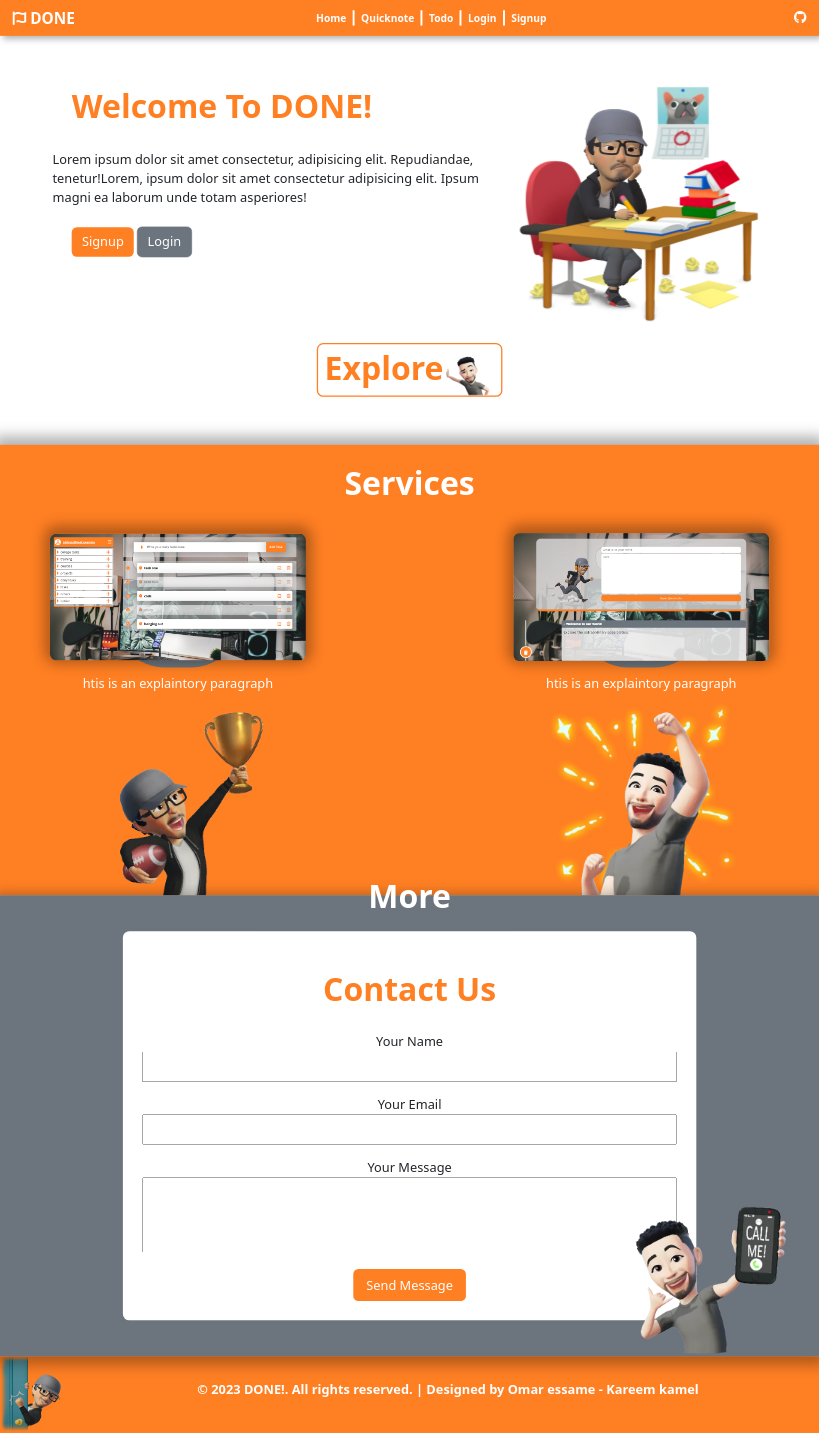
Repository: OmarEssameldinMousa/DONE
Page: index.html
An editor plug-in stored every save of this project. The page is shown before and after the next save, followed by the edit.
The browser window is 1280 px wide. The pictures show the whole page, at 64% of full size.
Some web fonts or font styles are not loaded; a fallback is used.

Above is the page before, as saved 2023-12-19 12:52:40.

### index.html
<!DOCTYPE html>
<html lang="en">

<head>
    <meta charset="UTF-8">
    <meta name="viewport" content="width=device-width, initial-scale=1.0">
    <title>Home</title>
    <!-- Main Template CSS File -->
    <link rel="stylesheet" href="CSS/styles.css">
    <!-- Render and Normalize the ELements -->
    <link rel="stylesheet" href="CSS/normalize.css">
    <!-- Font Awsome Library -->
    <link rel="stylesheet" href="CSS/all.min.css">
    <!-- google fonts -->
    <link rel="preconnect" href="https://fonts.googleapis.com">
    <link rel="preconnect" href="https://fonts.gstatic.com" crossorigin>
    <link
        href="https://fonts.googleapis.com/css2?family=Kablammo&family=Work+Sans:wght@200;300;400;500;600;800&display=swap"
        rel="stylesheet">
    <!-- including bootstrap library -->
    <link href="https://cdn.jsdelivr.net/npm/bootstrap@5.3.2/dist/css/bootstrap.min.css" rel="stylesheet"
        integrity="sha384-T3c6CoIi6uLrA9TneNEoa7RxnatzjcDSCmG1MXxSR1GAsXEV/Dwwykc2MPK8M2HN" crossorigin="anonymous">

</head>

<body>
    <header>
        <nav>
            <!-- Logo with Font Awesome Icon -->
            <div class="logo">
                <i class="fab fa-font-awesome-flag"></i> DONE
            </div>

            <!-- Left-side Navigation Links -->
            <ul class="navlist">
                <li><a href="index.html">Home</a></li>
                <li><a href="quicknote.html">Quicknote</a></li>
                <li><a href="mytasks.html">Todo</a></li>
                <li><a href="login.html">Login</a></li>
                <li><a href="signup.html">Signup</a></li>
            </ul>

            <!-- Right-side GitHub Icon -->
            <div class="github-icon">
                <a rel="" href="https://github.com/OmarEssameldinMousa/DONE.git" target="_blank">
                    <i class="fab fa-github" style="color: white;"></i>
                </a>
            </div>
        </nav>

        <div class="container heading">
            <div class="landing">

                <div class="landingtext">
                    <h1>Welcome To DONE!</h1>
                    <p>Lorem ipsum dolor sit amet consectetur, adipisicing elit. Repudiandae, tenetur!Lorem, ipsum dolor
                        sit amet consectetur adipisicing elit. Ipsum magni ea laborum unde
                        totam
                        asperiores!</p>
                    <div class="buttons">
                        <button type="button" class="btn btn-primary btn-lg"
                            style="background-color: #ff7f23;border: none;">Signup
                        </button>
                        <button type="button" class="btn btn-secondary btn-lg">Login</button>
                    </div>
                </div>

                <div class="logoimage">
                    <img src="images/omar.png" alt="">
                </div>
            </div>
        </div>
    </header>

    <div class="explore">
        <a href="#tododemo1">Explore</a>
        <img src="images/kemo1.jpg" alt="">
    </div>

    <div class="tododemo" id="tododemo1">
        <h1>Services</h1>
        <div class="container2">
            <div class="omar">
                <div class="demoimage1">
                    <img src="images/tododemo.png" alt="">
                </div>
                <p>htis is an explaintory paragraph</p>
                <img src="images/omarholdscub.jpg" alt="">
            </div>
            <div class="kemo">
                <div class="demoimage1">
                    <img src="images/quicknot.png" alt="">
                </div>
                <p>htis is an explaintory paragraph</p>
                <img src="images/kemochilling.jpg" alt="">
            </div>
        </div>
    </div>
    <div class="explore2">
        <a href="#tododemo2">More</a>
    </div>

    <div class="snippests" id="tododemo2">
        <div class="contact-section">
            <h1>Contact Us</h1>
            <div class="contact-form">
                <form action="#" method="post">
                    <label for="name">Your Name</label>
                    <input type="text" id="name" name="name" required>

                    <label for="email">Your Email</label>
                    <input type="email" id="email" name="email" required>

                    <label for="message">Your Message</label>
                    <textarea id="message" name="message" rows="4" required></textarea>

                    <button type="submit" class="btn btn-primary btn-lg"
                        style="background-color: #ff7f23;border: none;">Send Message
                    </button>
                </form>
            </div>
        </div>
        <img class="kemointegration" src="images/callmekemo.jpg" alt="">
    </div>

    <footer>
        <img src="images/omarcallme.jpg" alt="">
        <div class="footer">
            <p>&copy; 2023 DONE!. All rights reserved. | Designed by <a
                    href="https://github.com/OmarEssameldinMousa/DONE.git" target="_blank">Omar essame -
                    Kareem kamel</a>
            </p>
        </div>
    </footer>


    <script src="https://cdn.jsdelivr.net/npm/bootstrap@5.3.2/dist/js/bootstrap.bundle.min.js"
        integrity="sha384-C6RzsynM9kWDrMNeT87bh95OGNyZPhcTNXj1NW7RuBCsyN/o0jlpcV8Qyq46cDfL"
        crossorigin="anonymous"></script>
    <script src="javascript/home.js"></script>
</body>

</html>

### CSS/styles.css
/* Start Variables */
:root{
    --main-color: rgba(235, 235, 235, 0.6);
    --secondery-color: #ff7f23;
    --third-color:#333;
    --fourth-color: #6c757d;
}
/* End Variables */
/* Special Heading */
.special-heading{
    color: #ebeced;
    font-size: 100px;
    text-align: center;
    font-weight: 800;
    letter-spacing: -3px;
    margin: 0;

}
.special-heading + p{
    margin-top: -30px;
    text-align: center;
    font-size: 20px;
    color: #797979;
}
/* End Special Heading */
/* Start Global Rules */
*{
    -webkit-box-sizing: border-box;
    -moz-box-sizing: border-box;
    box-sizing: border-box;
}

body{

    font-family: 'Kablammo', cursive;
    font-family: 'Work Sans', sans-serif;
    background-color: #797979;

}

.container{
    padding-left: 15px;
    padding-right: 15px;
    margin-left: auto;
    margin-right: auto;
    background-color: #fff;
    margin: auto;
    width: 600px;
}

/*very small screens*/
@media (max-width: 767px){
    .container{
        .special-heading{
            font-size: 60px;
        }
        .special-heading + p{
            margin-top: -20px;
        }

        .landing{
            flex-direction: column;
            text-align: center;
        }
    }
    .navlist{
        display: none;
    }
    .container2{
        flex-direction: column;

    }
    .contact-section h1{
        font-size: medium;
    }
    .snippests .kemointegration{
        width: 200px;
        height: 200px;
    }
    .explore2{
        top: 300vh;
    }

}
/*small screens*/
@media (min-width: 768px){
    .container{
        width: 750px;
    }
}
/*Medium screens*/
@media (min-width: 992px){
    .container{
        width: 970px;
    }
}
/*Large screens*/
@media (min-width: 1200px){
    .container{
        width: 1170px;
    }
}
/* End Global Rules */


html{
    scroll-behavior: smooth;
}
/* navigation bar */

nav {
    background-color:  var(--secondery-color);
    color: white;
    display: flex;
    align-items: center;
    justify-content: space-between;
    padding: 10px 20px;
    box-shadow: 5px 5px 10px rgba(0, 0, 0, 0.3);
}
nav ul {
    list-style: none;
    margin: 0;
    padding: 0;
    display: flex;
}
nav ul li {
    margin-right: 10px;
    font-weight: bold;

}
nav ul li:not(:last-child) {
    border-right: solid 3px white;
    padding-right: 10px;
}
nav ul li a {
    text-decoration: none;
    color: white;
    transition: 0.3s;
}
nav ul li a:hover {
    color: var(--main-color); /* Change color on hover */
}
.logo {
    font-size: 24px;
    font-weight: bold;
}
.github-icon {
    font-size: 20px;
    color: white;
}

.heading{
    display: flex;
    align-items: center;
    justify-content: center;
    margin-top: 50px;
    height: auto;
}

.landing{
    width: 100%;

    background-color: none;
    display: flex;
    flex-direction: row;

}

.landing h1{
    color: var(--secondery-color);
    font-size: 50px;
    font-weight: 900;
    padding: 30px;
}
.landing p{
    font-size: 20px;
}
.landing .logoimage img{
    width: 400px;
    position: relative;
    animation: topdown 2s ease-in-out infinite;
}

.landing .landingtext .buttons{
    margin: 30px;
    top: 150px;
}
@keyframes topdown {
    0%, 100% {
        top: 0; /* Starting and ending position (top) */
    }
    50% {
        top: 5px; /* Middle position (top) */
    }
}


.explore{
    height: auto;
    text-align: center;
    display: flex;
    padding: 0px 10px;
    transition: 0.3s;
    width: min-content;
    margin: 30px auto 75px;
    border: #ff7f23 solid 2px;
    border-radius: 10px;
    justify-content: center;
    align-items: cneter;
}
.explore a{
    color: var(--secondery-color);
    font-weight: 900;
    font-size: 50px;
    transform: 0.3s;
    text-decoration: none;
    transition: 0.3s;

}

.explore img{
    width: 80px;
}
.landing .logoimage{
    position: relative;
}


.explore:hover{
    background-color: var(--secondery-color);
    border-radius: 20px;

    cursor: pointer;
}

.explore:hover a{
    color: #ebeced;
}



/* to do demo */
.tododemo{
    height: auto;
    background-color: var(--secondery-color);
    box-shadow: rgba(0, 0, 0, 0.3) 0px -4px 20px 9px;
    display: flex;
    flex-direction: column;
    width: 100%;
    justify-content: center;
    align-items: center;
}

.snippests{
    height: 100vh;
    background-color: var(--fourth-color);
    box-shadow: rgba(0, 0, 0, 0.3) 0px 7px 20px 9px
}

/* Services */

/* Styles for the container2 */
.container2 {
    display: flex;
    justify-content: space-between;
    width: 80%; /* Adjust the width as needed */
    margin-top: 20px; /* Add margin or adjust as required */
    flex: 1;

    margin:20px auto 0;
}

.tododemo h1{
    color: white;
    font-size: 50px;
    font-weight: 900;
    padding: 30px;
}
.tododemo p{
    font-size: 20px;
    color: white;
}

/* Styles for .omar and .kemo */
.omar,
.kemo {
    display: flex;
    flex-direction: column;
    align-items: center;
    /* Add any other styles you require */
}


.demoimage1 {
    display: flex;
    justify-content: center;
    align-items: center;
    width: 150px;
    height: 150px;
    margin-bottom: 10px;
    width: 200px;
    height: 200px;
    background-color: var(--fourth-color);
    /* transform: rotate(90deg); */
    border-radius: 40%;
}


/* Styles for images within .omar and .kemo */
.omar > img,
.kemo > img {
    width: 300px;
    height: auto;
    text-align: right;
    transition: 0.3s;
}

.omar > img:hover,
.kemo > img:hover{
    width: 310px;
}

.demoimage1 img {
    max-width: 400px;
    max-height: 400px;
    margin-bottom: 20px;
    border-radius: 10px;
    box-shadow: rgba(0, 0, 0, 0.3) 0px -4px 20px 9px;
    transition: 0.3s;
}

.demoimage1 img:hover{
    max-width: 420px;
    max-height: 420px;
    transform: rotate(5deg);
}



/* contact */
.snippests{
    position: relative;
    padding: 50px;
}

.snippests img{
    width: 290px;
    height: 290px;
    position: absolute;
    bottom: 0;
    right: 50px;
    transition: 0.3s;
}

.snippests img:hover{
    width: 300px;
    height: 300px;
}

.contact-section {
    width: 70%;
    background-color: #fff;
    padding: 30px 30px;
    text-align: center;
    position: absolute;
    top: 50%;
    left: 50%;
    transform: translate(-50%,-50%);
    border-radius: 10px;

}
.contact-section label{
    font-size: 20px;
}

.contact-form {
    max-width: 100%;
    margin: 0 auto;
}
.contact-section h1{
    color: var(--secondery-color);
    font-size: 50px;
    font-weight: 900;
    padding: 30px;
}
.contact-form input,
.contact-form textarea {
    width: 100%;
    padding: 10px;
    margin-bottom: 20px;
    box-sizing: border-box;
}

.contact-form button {
    background-color: #4caf50;
    color: #fff;
    padding: 10px 20px;
    border: none;
    cursor: pointer;
}

.contact-form button:hover {
    background-color: #45a049;
}



/* footer styles */
footer{
    display: flex;
    justify-content: space-between;
    background-color: var(--secondery-color);
    align-items: center;
}
.footer {
    color: #fff;
    text-align: center;
    padding: 20px;
    bottom: 0;
    width: 100%;
    flex: 1;
}
footer img{
    width:120px;
    height:120px;
}
.footer a {
    color: #fff;
    text-decoration: none;
}
.footer p{
    font-size: 20px;
    font-weight: bold;
}
.footer a:hover {
    text-decoration: underline;
}


.explore2{
    text-align: center;
    padding: 0px 10px;
    transition: 0.3s;
    width: min-content;
    margin: 30px auto;

    border-radius: 10px;
    position: absolute;
    z-index: 10;
    left: 50%;
    top: 185vh;
    transform: translateX(-50%);

}

.explore2 a{
    color: white;
    font-weight: 900;
    font-size: 50px;
    text-decoration: none;
    transition: 0.3s;
}


.explore2:hover{
    background-color: white;
    border-radius: 20px;

    cursor: pointer;
}

.explore2:hover a{
    color: var(--secondery-color);
}

Loaded but not shown: CSS/normalize.css (library); CSS/all.min.css (library); javascript/home.js (no stored copy; drawn as an empty file)

After the next save:
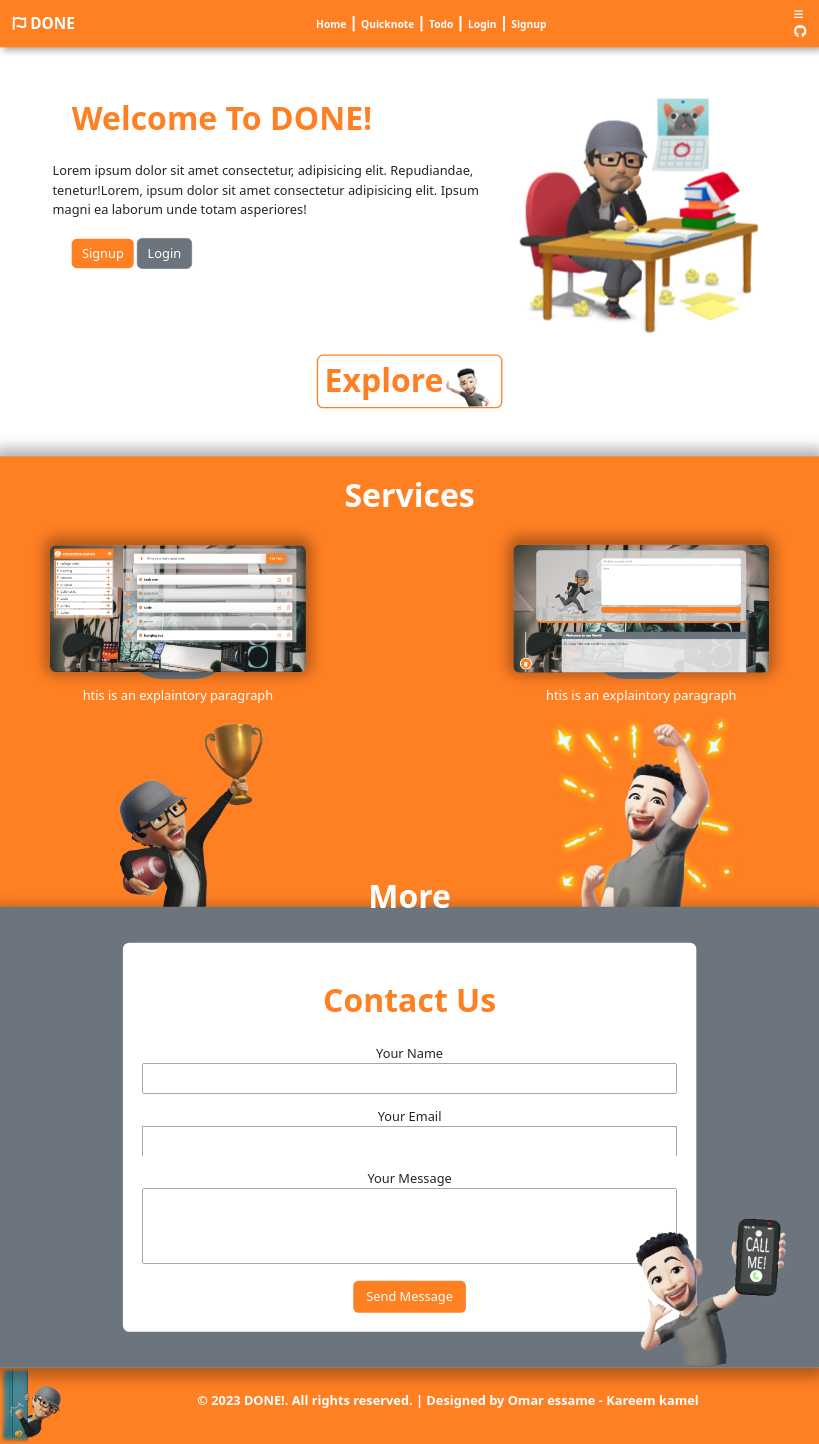
Saved 2 min 17 s later.
--- a/index.html
+++ b/index.html
@@ -41,10 +41,15 @@
             </ul>
 
             <!-- Right-side GitHub Icon -->
-            <div class="github-icon">
-                <a rel="" href="https://github.com/OmarEssameldinMousa/DONE.git" target="_blank">
-                    <i class="fab fa-github" style="color: white;"></i>
-                </a>
+            <div class="gitandtoggle">
+                <div class="togglelist">
+                    <i class="fa-solid fa-bars" style="color: #ffffff;"></i>
+                </div>
+                <div class="github-icon">
+                    <a rel="" href="https://github.com/yourusername" target="_blank">
+                        <i class="fab fa-github" style="color: white;"></i>
+                    </a>
+                </div>
             </div>
         </nav>
 

After the save that followed:
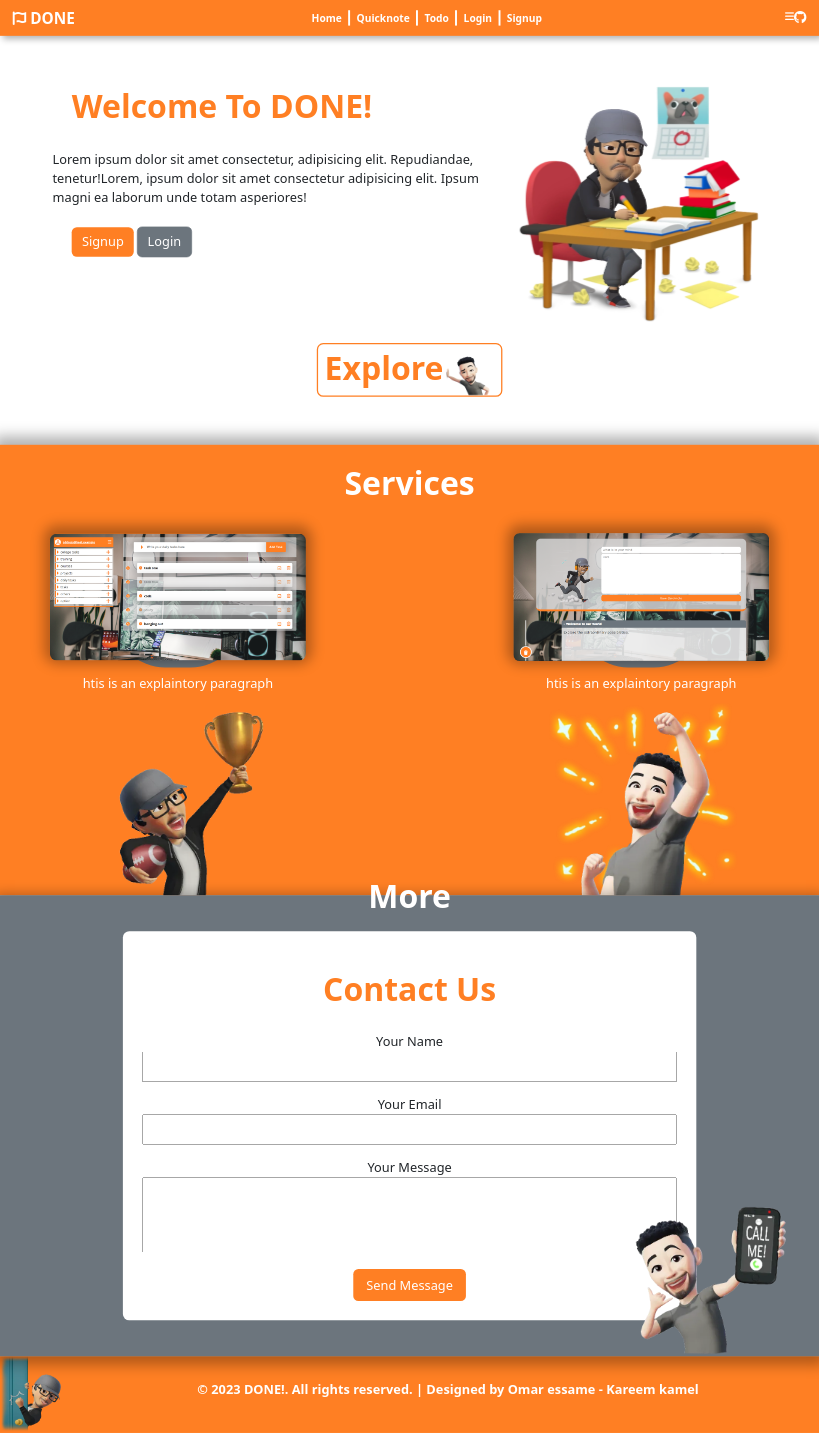
Saved 6 s later.
--- a/CSS/styles.css
+++ b/CSS/styles.css
@@ -472,3 +472,10 @@ footer img{
 .explore2:hover a{
     color: var(--secondery-color);
 }
+
+
+.gitandtoggle{
+    display: flex;
+    justify-content: space-between;
+    align-items: cetner;
+}
